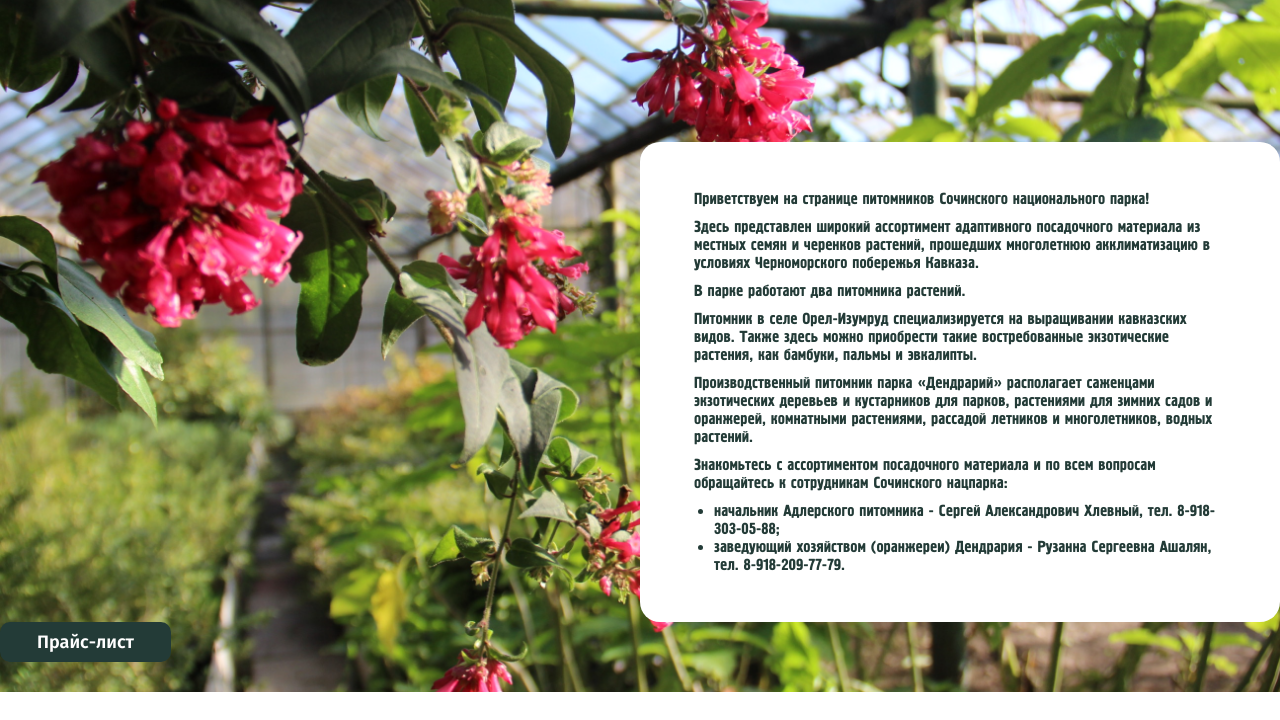
Repository: sem1103/np-sochi
Page: index.html
These files come from the project's save history. The page is drawn as it stood at one moment and after the next save; the edit follows.
The browser window is 1280 px wide. The pictures show the whole page.

Above is the page before, as saved 2024-01-17 20:00:05.

After the next save:
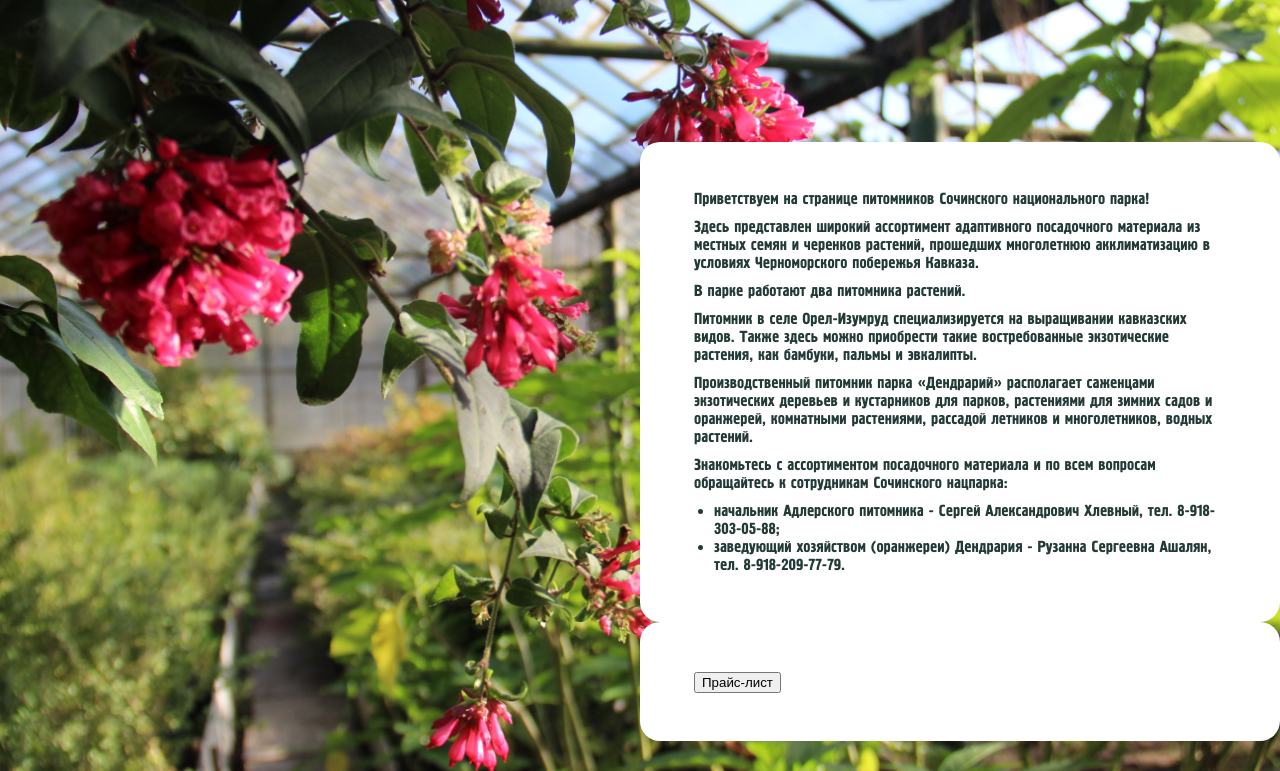
Saved 23 s later.
--- a/index.html
+++ b/index.html
@@ -38,7 +38,10 @@
                         <li>заведующий хозяйством (оранжереи) Дендрария - Рузанна Сергеевна Ашалян, тел. 8-918-209-77-79.</li>
                     </ul>
                 </div>
-                <button class="price__list">Прайс-лист</button>
+                <div class="price__list">
+                    <button >Прайс-лист</button>
+
+                </div>
             </div>
         </main>
 
